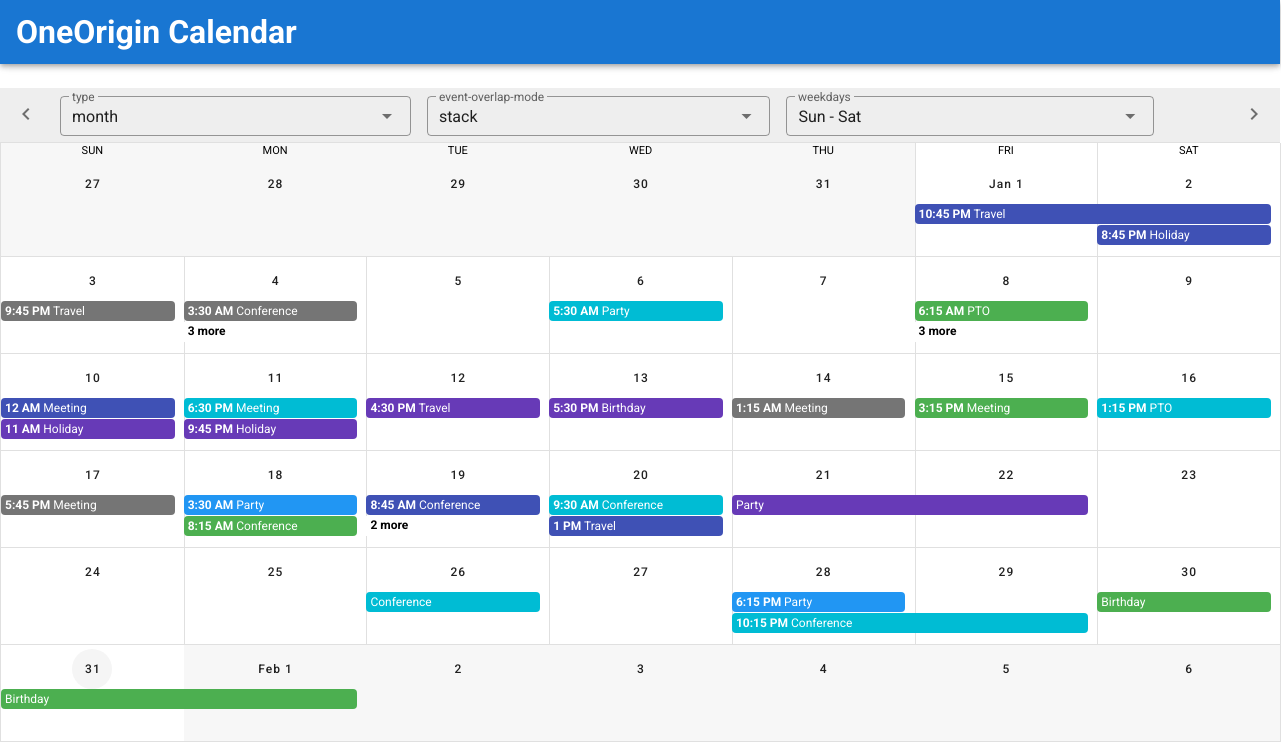
Repository: Shinobi247/OO-Calenda-events
Page: /
These files come from the project's save history. The page is drawn as it stood at one moment and after the next save; the edit follows.
The browser window is 1280 px wide. The page is 1281 px wide, so the pictures cover 1281 px, including what lies to the right of the window. The pictures show the whole page.
The project was rebuilt for these pictures with package versions that can differ from the ones it lists, and the page was loaded fresh each time. Also part of the build but not shown: vue.config.js.

Above is the page before, as saved 2021-02-01 14:55:57.

### src/App.vue
<template>
  <v-app>
    <v-app-bar app color="primary" dark>
      <!-- <div class="d-flex align-center">
        <v-img
          alt="Vuetify Logo"
          class="shrink mr-2"
          contain
          src="https://cdn.vuetifyjs.com/images/logos/vuetify-logo-dark.png"
          transition="scale-transition"
          width="40"
        />

        <v-img
          alt="Vuetify Name"
          class="shrink mt-1 hidden-sm-and-down"
          contain
          min-width="100"
          src="https://cdn.vuetifyjs.com/images/logos/vuetify-name-dark.png"
          width="100"
        />
      </div> -->
      <h1>OneOrigin Calendar</h1>
      <v-spacer></v-spacer>

      <!-- <v-btn
        href="https://github.com/vuetifyjs/vuetify/releases/latest"
        target="_blank"
        text
      >
        <span class="mr-2">Latest Release</span>
        <v-icon>mdi-open-in-new</v-icon>
      </v-btn> -->
    </v-app-bar>
    <br />

    <v-main>
      <Calendar />
    </v-main>
  </v-app>
</template>

<script>
// import HelloWorld from './components/HelloWorld';
import Calendar from "./components/Calendar";

export default {
  name: "App",

  components: {
    // HelloWorld,
    Calendar,
  },

  data: () => ({
    //
  }),
};
</script>

### src/components/Calendar.vue
<template>
  <div>
    <v-sheet tile height="54" color="grey lighten-3" class="d-flex">
      <v-btn icon class="ma-2" @click="$refs.calendar.prev()">
        <v-icon>mdi-chevron-left</v-icon>
      </v-btn>
      <v-select
        v-model="type"
        :items="types"
        dense
        outlined
        hide-details
        class="ma-2"
        label="type"
      ></v-select>
      <v-select
        v-model="mode"
        :items="modes"
        dense
        outlined
        hide-details
        label="event-overlap-mode"
        class="ma-2"
      ></v-select>
      <v-select
        v-model="weekday"
        :items="weekdays"
        dense
        outlined
        hide-details
        label="weekdays"
        class="ma-2"
      ></v-select>
      <v-spacer></v-spacer>
      <v-btn icon class="ma-2" @click="$refs.calendar.next()">
        <v-icon>mdi-chevron-right</v-icon>
      </v-btn>
    </v-sheet>
    <v-sheet height="600">
      <v-calendar
        ref="calendar"
        v-model="value"
        :weekdays="weekday"
        :type="type"
        :events="events"
        :event-overlap-mode="mode"
        :event-overlap-threshold="30"
        :event-color="getEventColor"
        @change="getEvents"
      ></v-calendar>
    </v-sheet>
  </div>
</template>

<script>
export default {
  data: () => ({
    type: "month",
    types: ["month", "week", "day", "4day"],
    mode: "stack",
    modes: ["stack", "column"],
    weekday: [0, 1, 2, 3, 4, 5, 6],
    weekdays: [
      { text: "Sun - Sat", value: [0, 1, 2, 3, 4, 5, 6] },
      { text: "Mon - Sun", value: [1, 2, 3, 4, 5, 6, 0] },
      { text: "Mon - Fri", value: [1, 2, 3, 4, 5] },
      { text: "Mon, Wed, Fri", value: [1, 3, 5] },
    ],
    value: "",
    events: [],
    colors: [
      "blue",
      "indigo",
      "deep-purple",
      "cyan",
      "green",
      "orange",
      "grey darken-1",
    ],
    names: [
      "Meeting",
      "Holiday",
      "PTO",
      "Travel",
      "Event",
      "Birthday",
      "Conference",
      "Party",
    ],
  }),
  methods: {
    getEvents({ start, end }) {
      const events = [];

      const min = new Date(`${start.date}T00:00:00`);
      const max = new Date(`${end.date}T23:59:59`);
      const days = (max.getTime() - min.getTime()) / 86400000;
      const eventCount = this.rnd(days, days + 20);

      for (let i = 0; i < eventCount; i++) {
        const allDay = this.rnd(0, 3) === 0;
        const firstTimestamp = this.rnd(min.getTime(), max.getTime());
        const first = new Date(firstTimestamp - (firstTimestamp % 900000));
        const secondTimestamp = this.rnd(2, allDay ? 288 : 8) * 900000;
        const second = new Date(first.getTime() + secondTimestamp);

        events.push({
          name: this.names[this.rnd(0, this.names.length - 1)],
          start: first,
          end: second,
          color: this.colors[this.rnd(0, this.colors.length - 1)],
          timed: !allDay,
        });
      }

      this.events = events;
    },
    getEventColor(event) {
      return event.color;
    },
    rnd(a, b) {
      return Math.floor((b - a + 1) * Math.random()) + a;
    },
  },
};
</script>

<style>
</style>

Loaded but not shown: public/index.html (common file); src/main.js (common file); src/plugins/vuetify.js (common file)

After the next save:
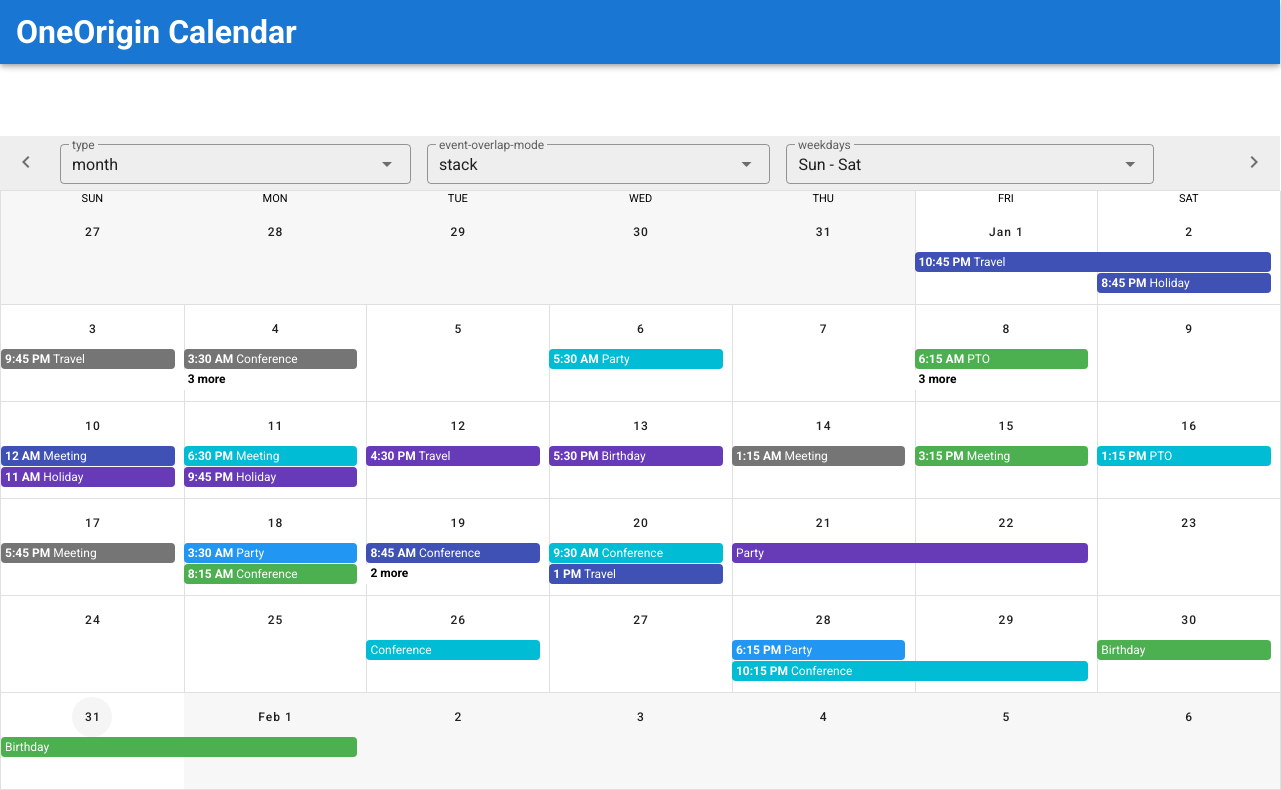
Saved 64 s later.
--- a/src/App.vue
+++ b/src/App.vue
@@ -33,6 +33,7 @@
       </v-btn> -->
     </v-app-bar>
     <br />
+    <h1>Events</h1>
 
     <v-main>
       <Calendar />
